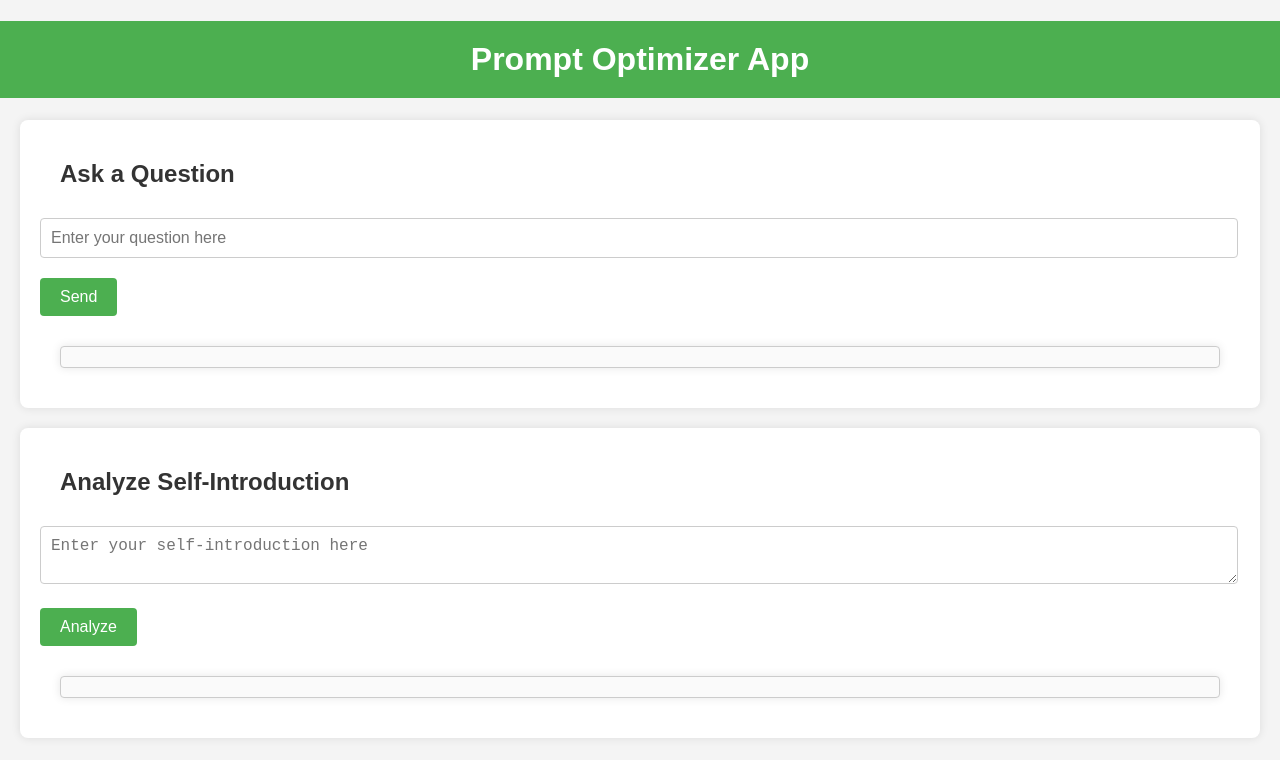
Repository: Choi9912/Flask_IntroduceGPT
Page: http://localhost/
The author's editor kept a copy of each file at every save. The page is drawn from the files as they stood at one save, then again after the next save.
The browser window is 1280 px wide. The pictures show the whole page.
The page is served by the project's application, run on Flask 3 (app.py).

Above is the page before, as saved 2024-07-26 12:51:38.

After the next save:
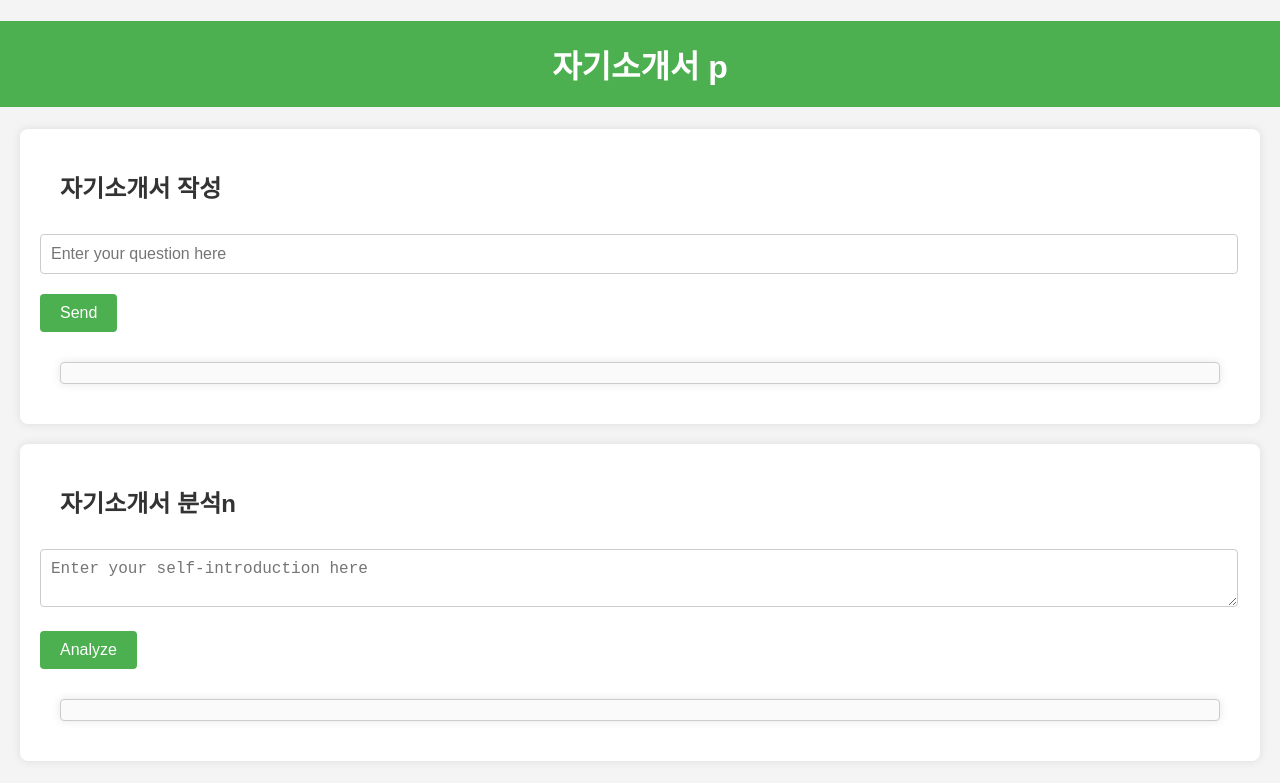
Saved 34 s later.
--- a/templates/index.html
+++ b/templates/index.html
@@ -6,15 +6,15 @@
     <link rel="stylesheet" href="{{ url_for('static', filename='style.css') }}">
 </head>
 <body>
-    <h1>Prompt Optimizer App</h1>
+    <h1>자기소개서 p</h1>
     <div>
-        <h2>Ask a Question</h2>
+        <h2>자기소개서 작성</h2>
         <input type="text" id="question" placeholder="Enter your question here">
         <button id="sendBtn">Send</button>
         <div id="conversation"></div>
     </div>
     <div>
-        <h2>Analyze Self-Introduction</h2>
+        <h2>자기소개서 분석n</h2>
         <textarea id="introduction" placeholder="Enter your self-introduction here"></textarea>
         <button id="analyzeBtn">Analyze</button>
         <div id="analysis"></div>
